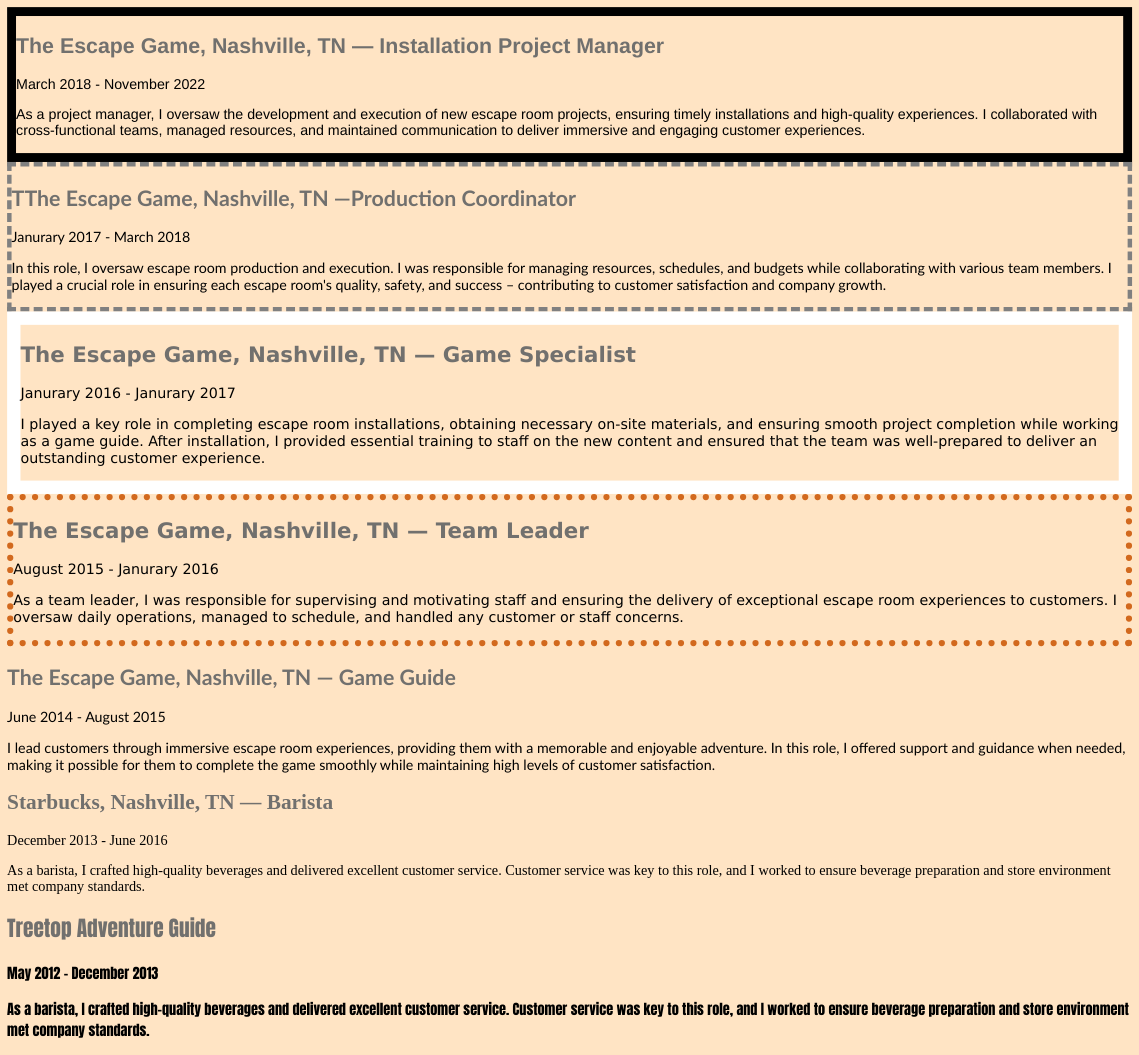
Repository: jgramirez0210/LAB-HTML-Resume
Page: index.html
These files come from the project's save history. The page is drawn as it stood at one moment and after a run of saves; the edit follows.
The browser window is 1280 px wide. The pictures show the whole page, at 89% of full size.

Above is the page before, as saved 2023-10-10 15:37:25.

After the next 2 saves:
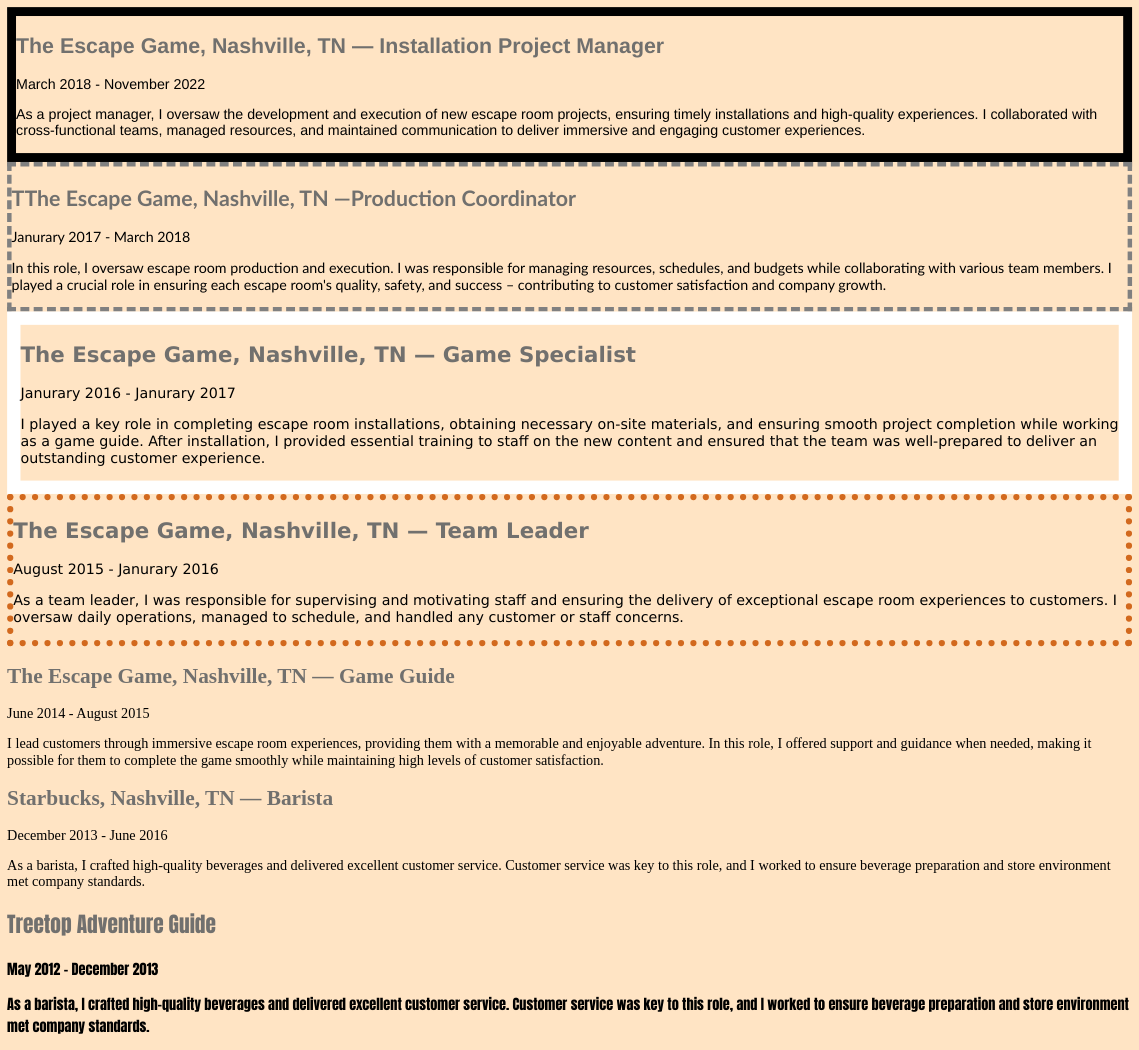
The 2 saves are shown as one change because they came seconds apart.
The last was saved 6 s later.
--- a/main.css
+++ b/main.css
@@ -16,7 +16,7 @@
 }
 #job3 {
   font-family:'Trebuchet MS', 'Lucida Sans Unicode', 'Lucida Grande', 'Lucida Sans', Arial, sans-ser
-  boa
+  border:
 }
 #job2 {
   font-family:'Times New Roman', Times, serif;
